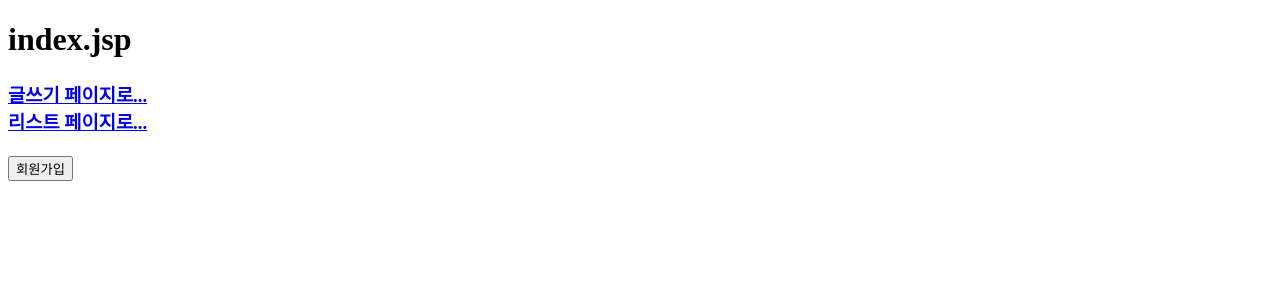
Repository: HaeunOh/study
Page: http://localhost/jsp_study/index.jsp
The author's editor kept a copy of each file at every save. The page is drawn from the files as they stood at one save, then again after a run of saves.
The browser window is 1280 px wide. The pictures show the whole page.
The page is served by Tomcat 9. Other server files are loaded and not shown.

Above is the page before, as saved 2024-04-15 01:35:28.

### _jsp_workspace/jsp_study/src/main/webapp/index.jsp
<%@ page language="java" contentType="text/html; charset=UTF-8"
    pageEncoding="UTF-8"%>
<!DOCTYPE html>
<html>
<head>
<meta charset="UTF-8">
<title>Insert title here</title>
</head>
<body>
<header>
	<!-- id <input type="text"> pw <input type="text"> <button>login</button>
	<span> id 님이 로그인하셨습니다. </span>
	<button> logout </button>
	<button> mypage </button> -->
	</header>
	<h1>index.jsp</h1>
	<h3>
		<a href="/brd/register">글쓰기 페이지로...</a> <br>
		<a href="/brd/list">리스트 페이지로...</a> <br> <br>
		<a href="/memb/join"> <button type="button">회원가입</button> </a>
	</h3>
</body>
</html>

After the next 2 saves:
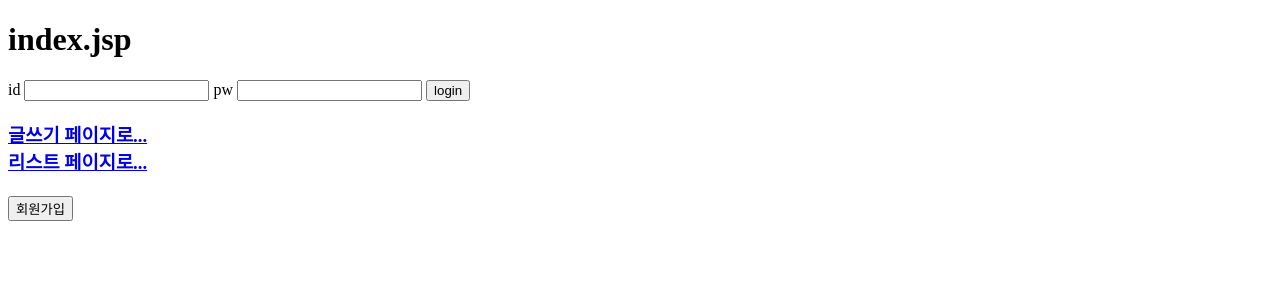
The 2 saves are shown as one change because they came seconds apart.
The last was saved 111 s later.
--- a/_jsp_workspace/jsp_study/src/main/webapp/index.jsp
+++ b/_jsp_workspace/jsp_study/src/main/webapp/index.jsp
@@ -14,6 +14,10 @@
 	<button> mypage </button> -->
 	</header>
 	<h1>index.jsp</h1>
+	<form action="/memb/login" method="post"></form>
+	id <input type="text" name="id"> pw <input type="text" name="pwd">
+	<button type="login">login</button>
+
 	<h3>
 		<a href="/brd/register">글쓰기 페이지로...</a> <br>
 		<a href="/brd/list">리스트 페이지로...</a> <br> <br>

After the save that followed:
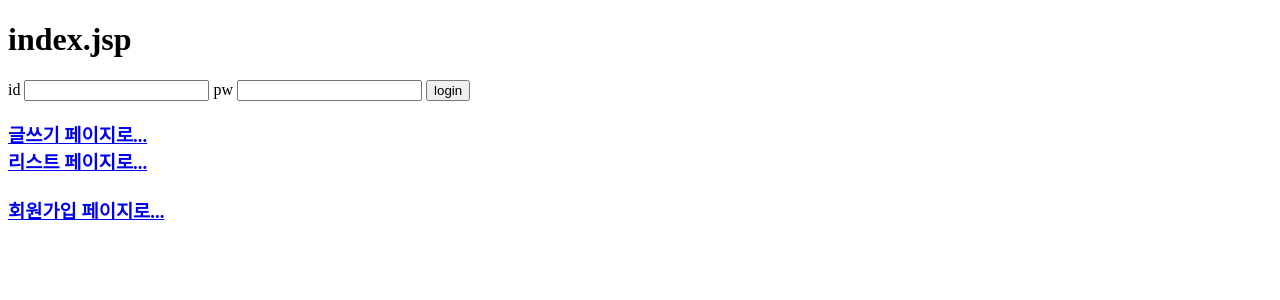
Saved 27 s later.
--- a/_jsp_workspace/jsp_study/src/main/webapp/index.jsp
+++ b/_jsp_workspace/jsp_study/src/main/webapp/index.jsp
@@ -21,7 +21,7 @@
 	<h3>
 		<a href="/brd/register">글쓰기 페이지로...</a> <br>
 		<a href="/brd/list">리스트 페이지로...</a> <br> <br>
-		<a href="/memb/join"> <button type="button">회원가입</button> </a>
+		<a href="/memb/join">회원가입 페이지로...</a>
 	</h3>
 </body>
 </html>
